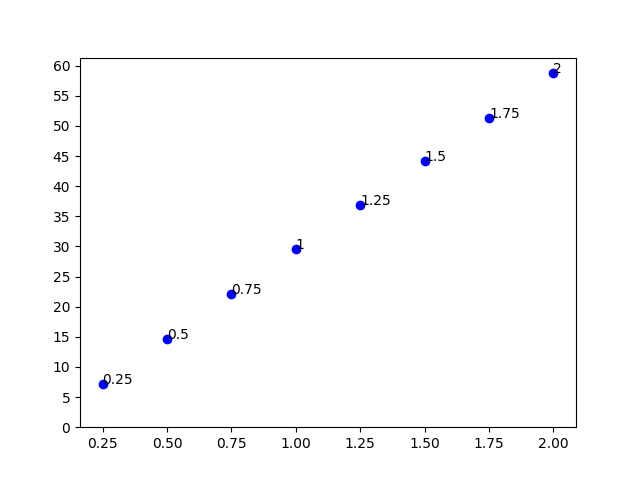
Repository: GreenSheep-Studio/PythonLearning
Script's output: python TableViwer.py
An editor plug-in stored every save of this project. The script's output is shown before and after the next save, followed by the edit.
Random numbers start from a fixed seed.

Above is the script's output before, as saved 2023-11-01 14:25:06.

After the next save:
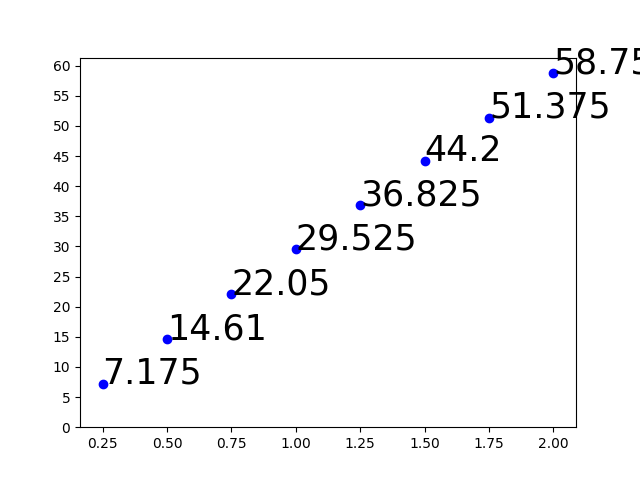
Saved 17 s later.
--- a/TableViwer.py
+++ b/TableViwer.py
@@ -6,5 +6,5 @@ plt.scatter(Im, Uh, s=None, c='b', marker=None, label='Uh')
 y_ticks = np.arange(0, 65, 5)
 plt.yticks(y_ticks)
 for x,y in zip(Im,Uh):
-    plt.text(x,y,x,fontsize=10)
+    plt.text(x,y,y,fontsize=25)
 plt.show()
